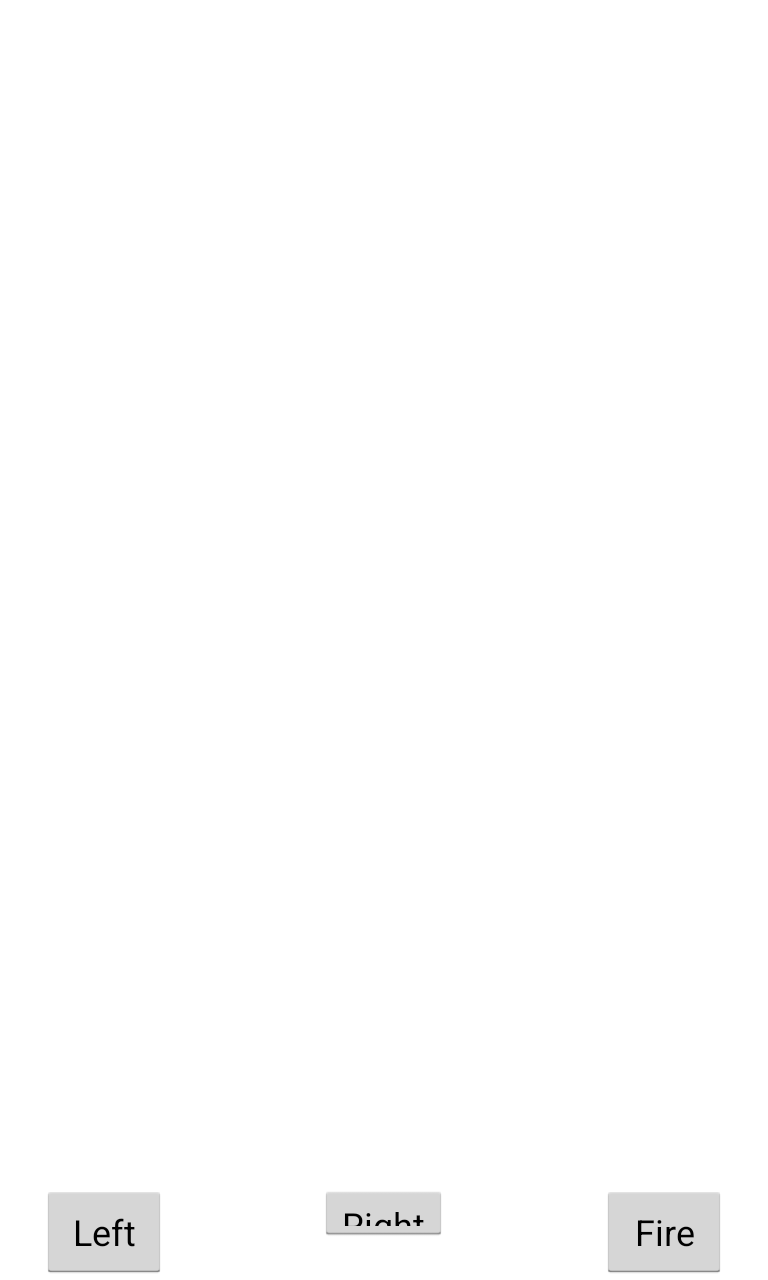
Repository: Benngard/Bengan-Boys
Layout: Hyperion/res/layout/playfield_layout.xml
An editor plug-in stored every save of this project. The layout is shown before and after a run of saves, followed by the edit.
It is drawn on a 768 x 1280 px phone screen (xhdpi) without system bars, with theme AppTheme; the app's code is not run. The app's manifest (not shown) leaves right-to-left support off. So textAlignment, textDirection and layoutDirection are ignored, and left and right values win over start and end ones.

Above is the layout before, as saved 2015-10-05 01:56:43.

### Hyperion/res/layout/playfield_layout.xml
<?xml version="1.0" encoding="utf-8"?>
<RelativeLayout xmlns:android="http://schemas.android.com/apk/res/android"
    android:layout_width="match_parent"
    android:layout_height="match_parent" >

    <Button
        android:id="@+id/button_left"
        android:layout_width="wrap_content"
        android:layout_height="wrap_content"
        android:layout_alignParentBottom="true"
        android:layout_alignParentLeft="true"
        android:layout_alignParentStart="true"
        android:layout_marginStart="20dp"
        android:layout_marginLeft="20dp"
        android:text="@string/left" />

    <Button
        android:id="@+id/button_fire"
        android:layout_width="wrap_content"
        android:layout_height="wrap_content"
        android:layout_alignParentBottom="true"
        android:layout_alignParentRight="true"
        android:layout_alignParentEnd="true"
        android:layout_marginEnd="20dp"
        android:layout_marginRight="20dp"
        android:text="@string/fire" />

    <Button
        android:id="@+id/button_right"
        android:layout_width="wrap_content"
        android:layout_height="wrap_content"
        android:layout_alignBaseline="@+id/button_fire"
        android:layout_alignBottom="@+id/button_fire"
        android:layout_marginBottom="19dp"
        android:layout_centerHorizontal="true"
        android:text="@string/right" />

</RelativeLayout>

### Hyperion/res/values/strings.xml
<resources>

    <string name="app_name">Hyperion</string>

    <string name="fire">Fire</string>
    <string name="left">Left</string>
    <string name="right">Right</string>

</resources>

Loaded but not shown: Hyperion/res/values/styles.xml (common file); Hyperion/res/values-v11/styles.xml (common file); Hyperion/res/values-v14/styles.xml (common file)

After the next 2 saves:
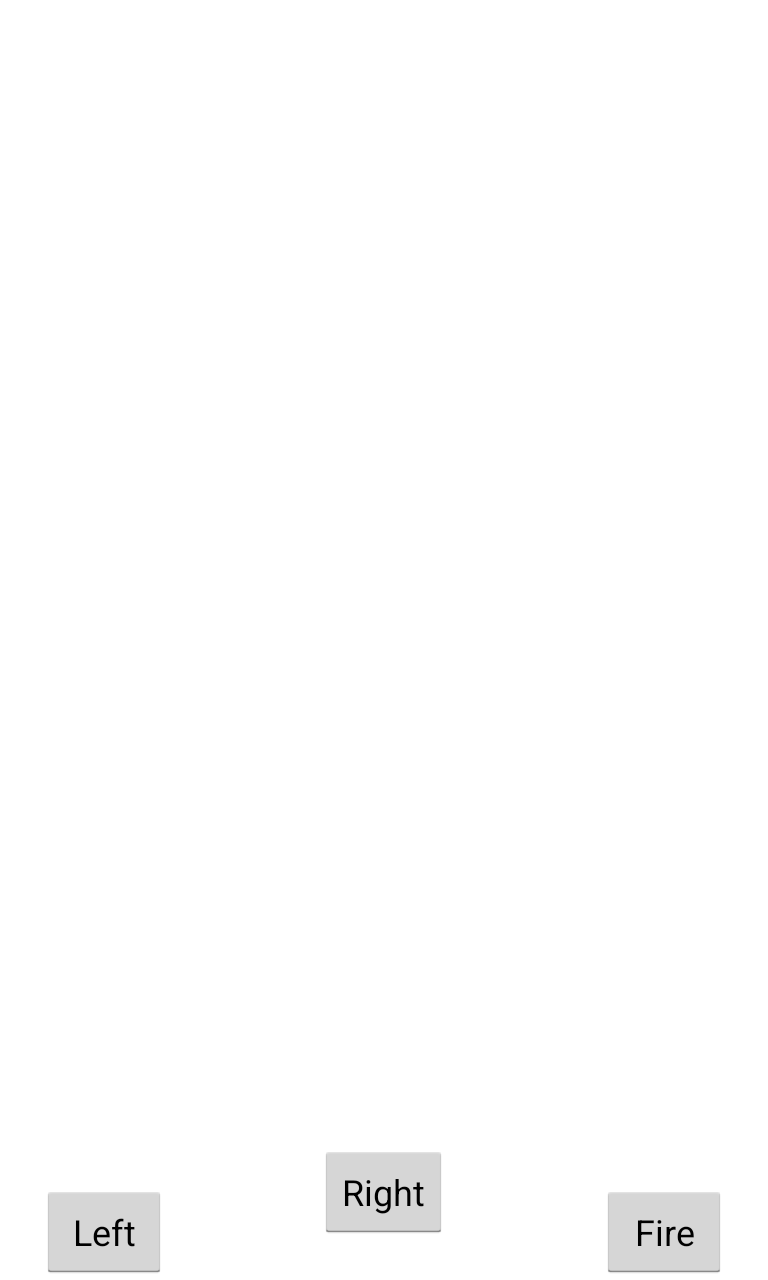
The 2 saves are shown as one change because they came seconds apart.
The last was saved 9 s later.
--- a/Hyperion/res/layout/playfield_layout.xml
+++ b/Hyperion/res/layout/playfield_layout.xml
@@ -29,9 +29,9 @@
         android:id="@+id/button_right"
         android:layout_width="wrap_content"
         android:layout_height="wrap_content"
-        android:layout_alignBaseline="@+id/button_fire"
+
         android:layout_alignBottom="@+id/button_fire"
-        android:layout_marginBottom="19dp"
+        android:layout_marginBottom="20dp"
         android:layout_centerHorizontal="true"
         android:text="@string/right" />
 
